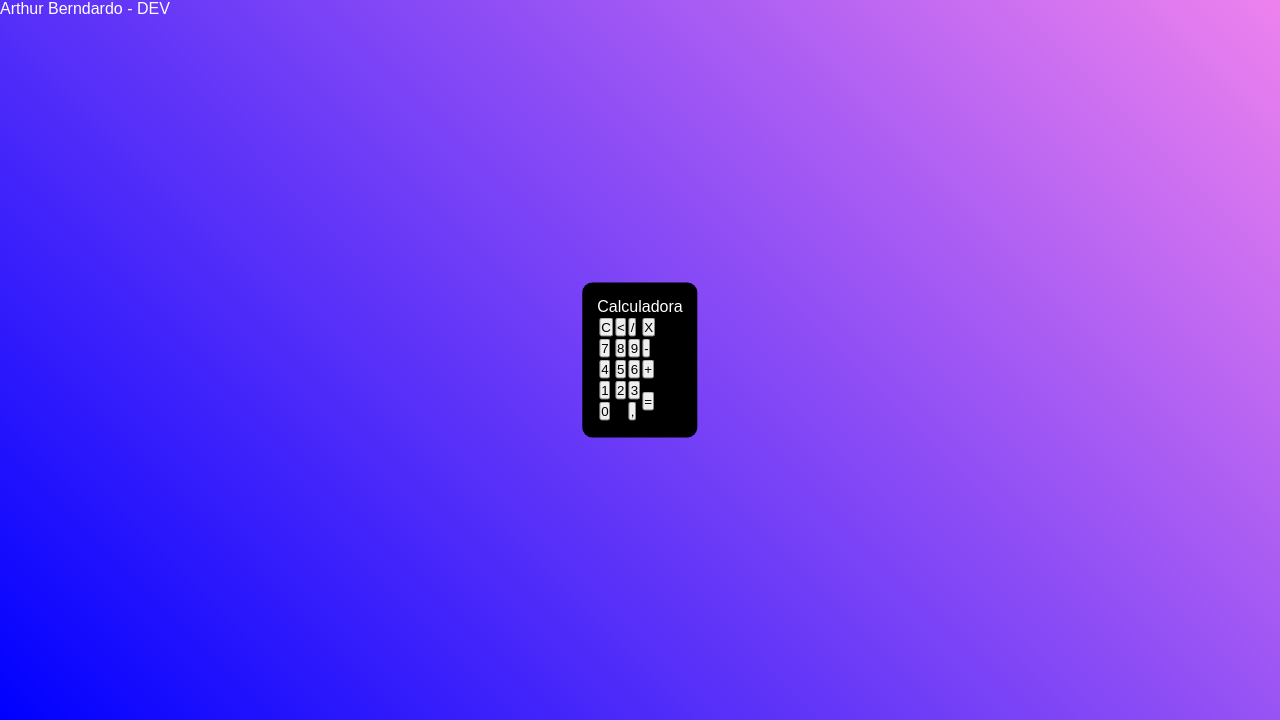
Repository: oThurDev/calculadora
Page: calculadora.html
An editor plug-in stored every save of this project. The page is shown before and after the next save, followed by the edit.
The browser window is 1280 px wide. The pictures show the whole page.

Above is the page before, as saved 2022-02-25 15:31:58.

### calculadora.html
<!DOCTYPE html>
<html lang="en">
<head>
    <meta charset="UTF-8">
    <meta name="viewport" content="width=device-width, initial-scale=1.0">
    <link rel="stylesheet" href="style_calculadora.css">
    <title>Calculadora</title>
</head>
<body>
    <div class="fundo">
        <span>Arthur Berndardo - DEV</span>
        <div class="calculadora">
            <span>Calculadora</span>
            <p id="resultado"></p>
            <table>
                <tr>
                    <td><button>C</button></td>
                    <td><button><</button></td>
                    <td><button>/</button></td>
                    <td><button>X</button></td>
                </tr>
                <tr>
                    <td><button>7</button></td>
                    <td><button>8</button></td>
                    <td><button>9</button></td>
                    <td><button>-</button></td>
                </tr>
                <tr>
                    <td><button>4</button></td>
                    <td><button>5</button></td>
                    <td><button>6</button></td>
                    <td><button>+</button></td>
                </tr>
                <tr>
                    <td><button>1</button></td>
                    <td><button>2</button></td>
                    <td><button>3</button></td>
                    <td rowspan="2"><button>=</button></td>
                </tr>
                <tr>
                    <td colspan="2"><button>0</button></td>
                    <td><button>,</button></td>
                </tr>
            </table>
        </div>
    </div>
</body>
</html>

### style_calculadora.css
*{
    margin: 0;
    padding: 0;
}

.fundo{
    background-image: linear-gradient(45deg, blue, violet);
    height: 100vh;
    color: white;
    font-family: Arial, Helvetica, sans-serif;
}

.calculadora{
    position: absolute;
    background-color: black;
    top: 50%;
    left: 50%;
    transform: translate(-50%, -50%);
    border-radius: 10px;
    padding: 15px;
}

After the next save:
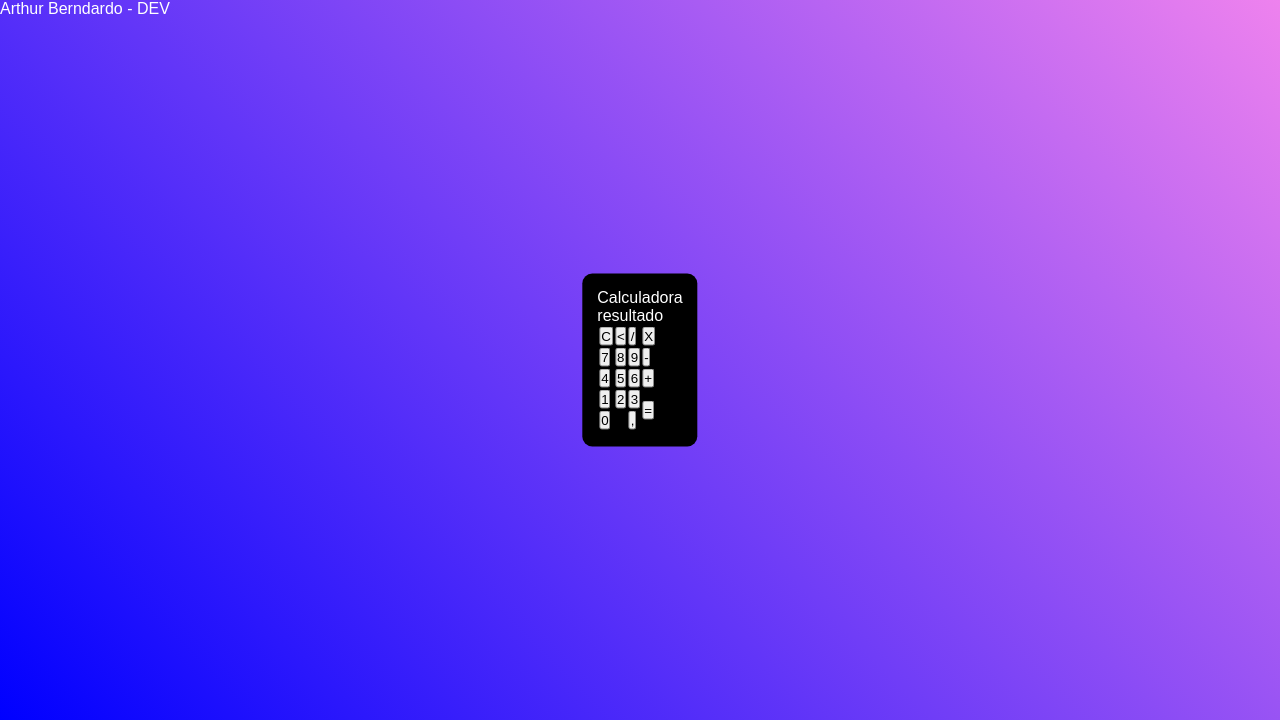
Saved 46 s later.
--- a/calculadora.html
+++ b/calculadora.html
@@ -11,7 +11,7 @@
         <span>Arthur Berndardo - DEV</span>
         <div class="calculadora">
             <span>Calculadora</span>
-            <p id="resultado"></p>
+            <p id="resultado">resultado</p>
             <table>
                 <tr>
                     <td><button>C</button></td>
